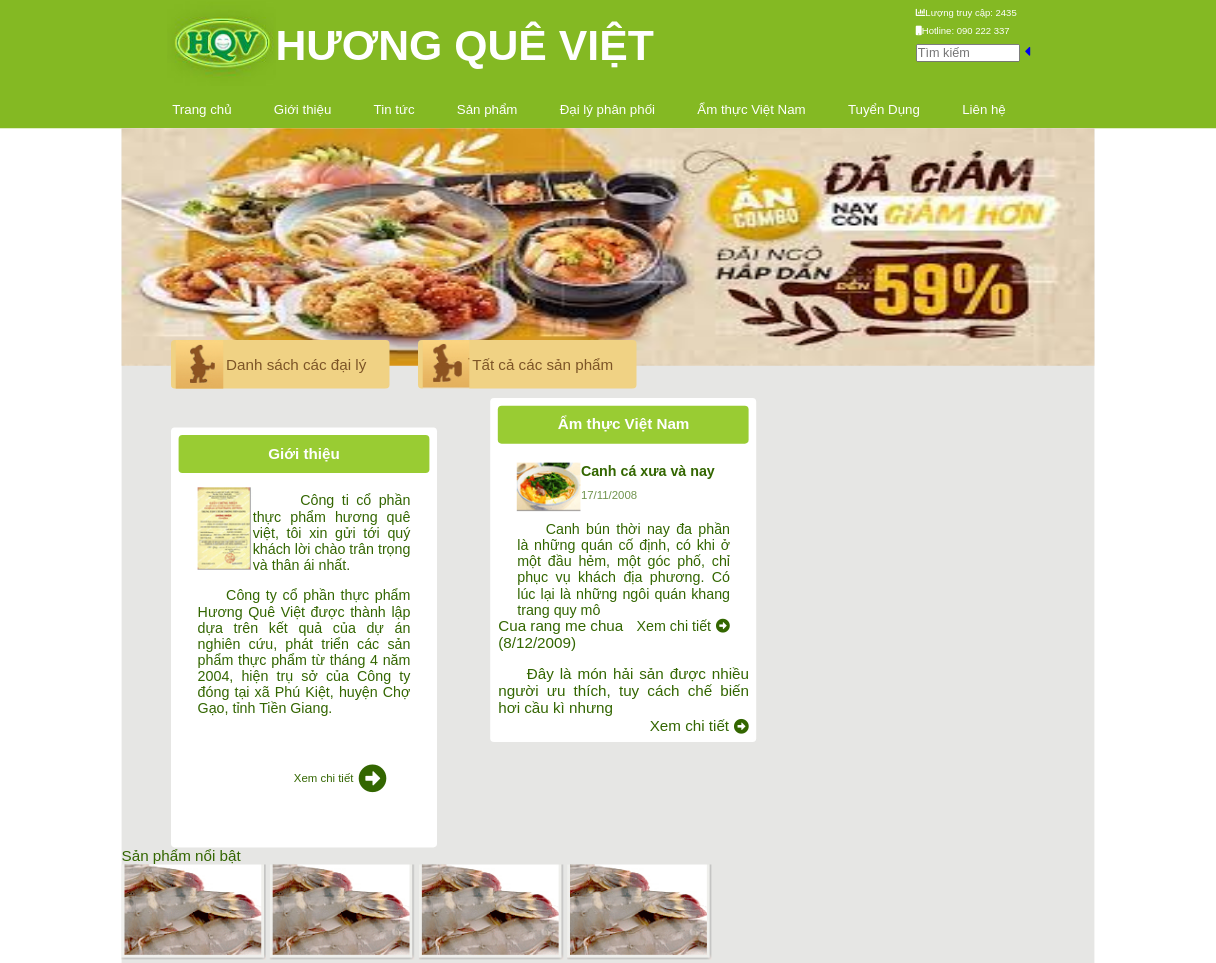
Repository: NgocTruong0701/Self_Learning
Page: html/practice/Baitapweb/index.html
These files come from the project's save history. The page is drawn as it stood at one moment and after the next save; the edit follows.
The browser window is 1280 px wide. The pictures show the whole page, at 95% of full size.

Above is the page before, as saved 2021-10-06 21:52:18.

After the next save:
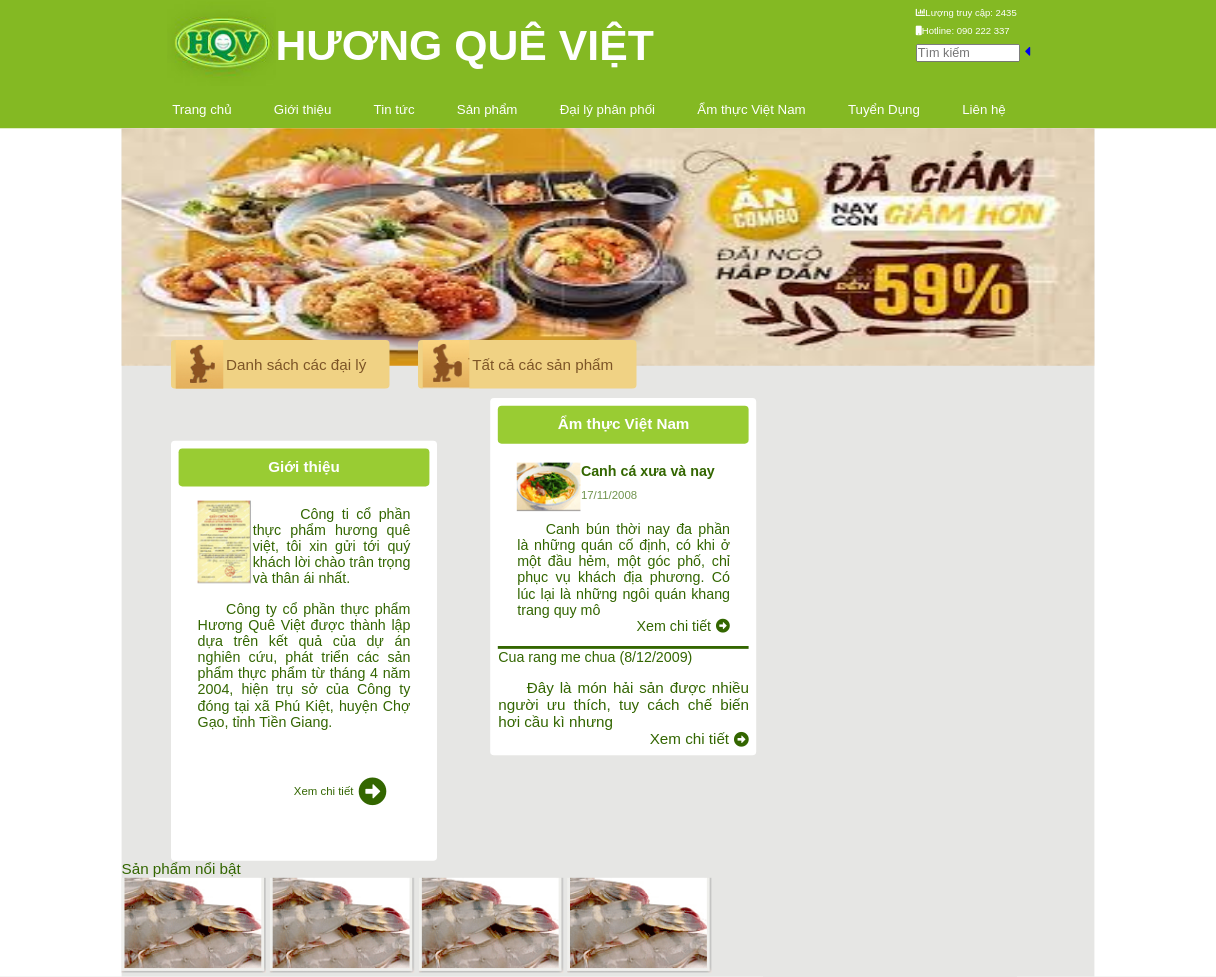
Saved 4 s later.
--- a/html/practice/Baitapweb/index.html
+++ b/html/practice/Baitapweb/index.html
@@ -140,7 +140,7 @@
                     </div>
 
                     <div class="box-introduce-second">
-                        <p class="heading-up--review">Cua rang me chua <span>(8/12/2009)</span></p>
+                        <p class="heading-up-review">Cua rang me chua <span>(8/12/2009)</span></p>
 
                         <p class="line-second">
                             Đây là món hải sản được nhiều người ưu thích, tuy cách chế biến hơi cầu kì nhưng
